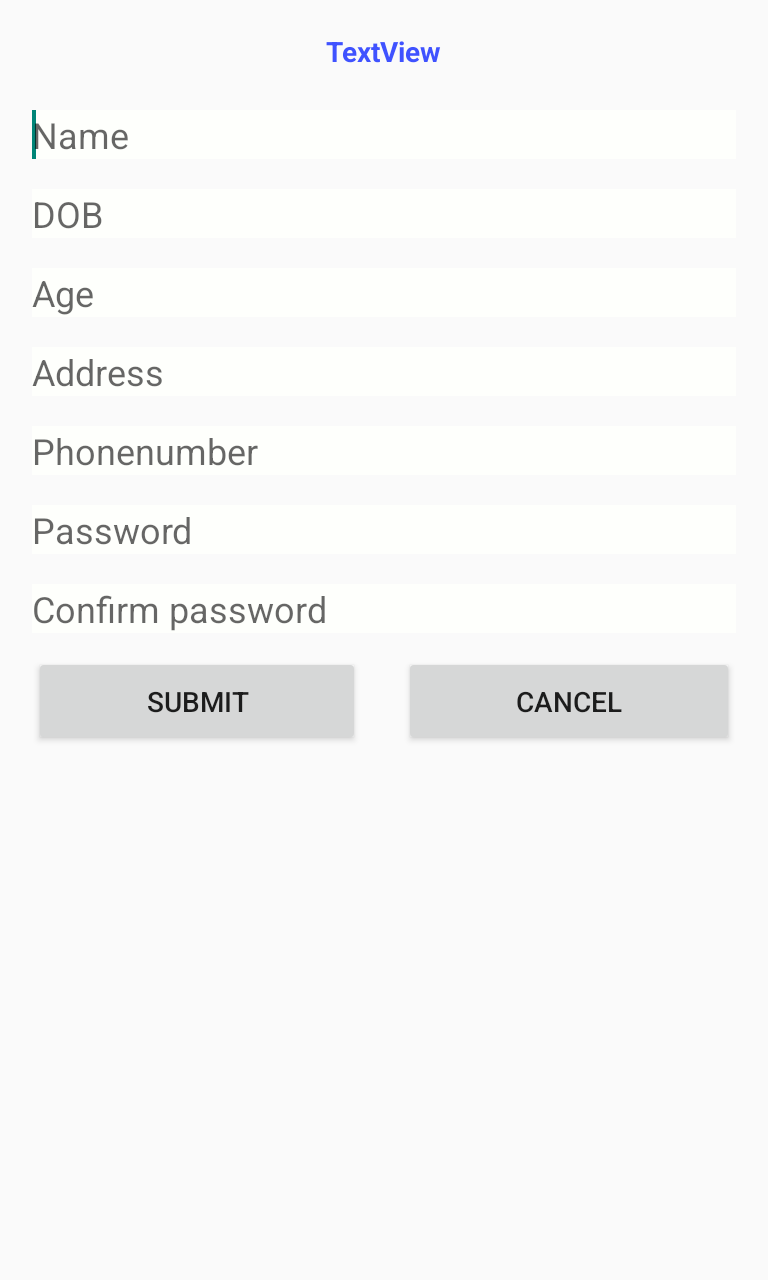
Repository: adarshnair13/my-project
Layout: example5/res/layout/activity_main.xml
An editor plug-in stored every save of this project. The layout is shown before and after the next save, followed by the edit.
It is drawn on a 768 x 1280 px phone screen (xhdpi) without system bars, with theme AppTheme; the app's code is not run.

Above is the layout before, as saved 2015-02-02 17:52:55.

After the next save:
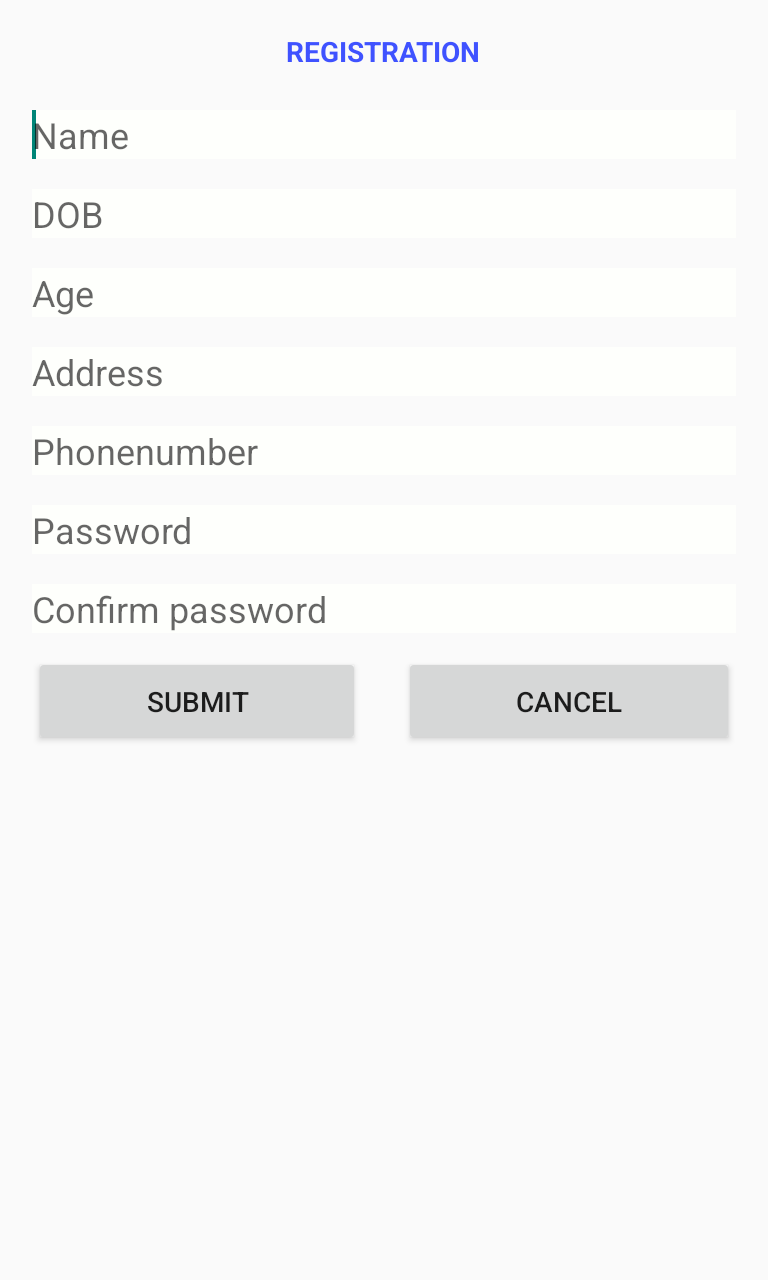
Saved 65 s later.
--- a/example5/res/layout/activity_main.xml
+++ b/example5/res/layout/activity_main.xml
@@ -16,7 +16,6 @@
         android:layout_height="wrap_content"
         android:layout_gravity="center"
         android:text="REGISTRATION"
-        android:text="TextView"
         android:textColor="#3F52FF"
         android:textStyle="bold" />
 
